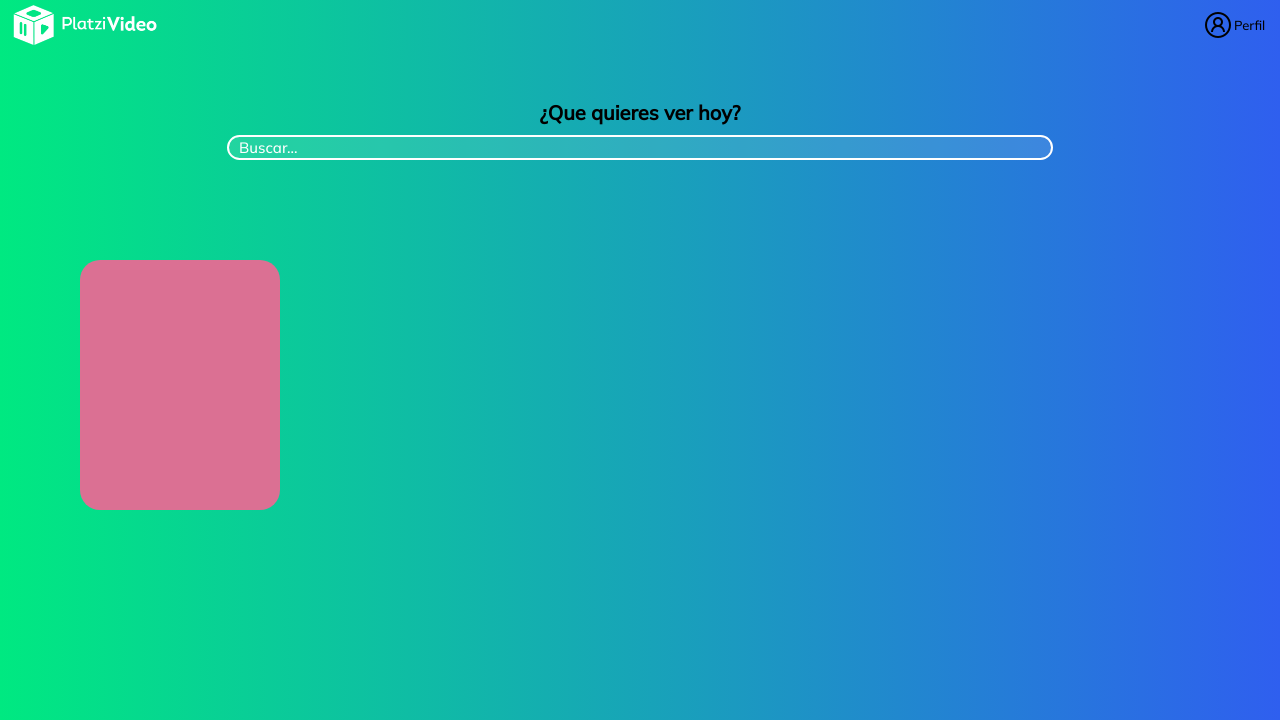
Repository: EnzoSz/Curso_frontend_dev
Page: proyecto/index.html
An editor plug-in stored every save of this project. The page is shown before and after the next save, followed by the edit.
The browser window is 1280 px wide. The pictures show the whole page.

Above is the page before, as saved 2021-03-03 18:18:27.

### proyecto/index.html
<!DOCTYPE html>
<html lang="en">
<head>
    <meta charset="UTF-8">
    <meta http-equiv="X-UA-Compatible" content="IE=edge">
    <meta name="viewport" content="width=device-width, initial-scale=1.0">
    <link rel="stylesheet" href="./CSS/style.css">
    <link rel="preconnect" href="https://fonts.gstatic.com">
    <link href="https://fonts.googleapis.com/css2?family=Mulish:wght@500&display=swap" rel="stylesheet">
    <title>Platzi Video</title>
</head>
<body>
    <header class="header">
        <img class="header__img" src="./Asset/icon/logo-platzi-video-header.png" alt="Imagen logo de platzi">
        <div class="header__menu">
            <div class="header__menu--profile">
                <img src="./Asset/icon/icons-usuario.png" alt="imagen de usuario">
                <p>Perfil</p>
            </div>
            <div>
                <ul>
                    <li><a href="#">Cuenta</a></li>
                    <li><a href="#">Cerrar Sesión</a></li>
                </ul>
            </div>
        </div>
    </header>
    <main>
        <section class="nav">
            <h2 class="nav__title">¿Que quieres ver hoy?</h2>
            <input class="input" type="text" placeholder="Buscar...">
        </section>
        <section class="carousel">
            <div class="carousel__container">
                <div class="carousel__item">

                </div>
            </div>
        </section>
    </main>
</body>
</html>

### proyecto/CSS/style.css
* {
    margin: 0;
    padding: 0;
    box-sizing: border-box;
}
html {
    font-size: 62.5%;
}
body {
    background-color: #00e981;
    background-image: linear-gradient(90deg, #00e981 0%, #2f5fef 100%);
    font-family: 'Mulish', sans-serif;
    margin: 0;
}
.header {
    width: 100%;
    height: 50px;
    background-color: #00e981;
    background-image: linear-gradient(90deg, #00e981 0%, #2f5fef 100%);
    display: flex;
    justify-content: space-between;
    align-items: center;
}
.header__img {
    width: 150px;
    margin: 0 0 0 10px;
    height: auto;
}
.header__menu {
    margin-right: 30px;
}
.header__menu ul {
    display: none;
    list-style: none;
    padding: 0;
    position: absolute;
    width: 100px;
    text-align: right;
    font-size: 1.3rem;
    font-weight: 500;
    line-height: 1.9rem;
    color: black;
    margin: 0px 0px 0px -36px;
}
.header__menu:hover ul, ul:hover {
    display: block;
}
.header__menu li {
    margin: 10px 0px;

}
.header__menu li a {
    text-decoration: none;
    color: black;
}
.header__menu li a:hover{
    text-decoration: underline;
}
.header__menu--profile {
    margin-right: 8px;
    width: 40px;
    display: flex;
}
.header__menu--profile p {
    margin: auto;
    font-weight: 500;
    font-size: 1.3rem;
    line-height: 1.9rem;
}
main {
    height: 300px;
    padding: 50px;

}
.nav {
    text-align: center;
}
.nav__title {
    color: black;
    font-size: 20px;
    padding-bottom: 10px;
}
.input {
  background-color: rgba(255, 255, 255, 0.1);
  border: 2px solid white;
  border-radius: 25px;
  color: white;
  font-family: 'Mulish', sans-serif;
  font-size: 15px;
  height: 25px;
  padding: 0px 10px;
  width: 70%;
  outline: none;
}
::placeholder {
    color: white;
}
.carousel {
    width: 100%;
    overflow: scroll;
    padding: 30px;
    position: relative;
}
.carousel__container {
    white-space: nowrap;
    margin: 70px 0px;
    padding-bottom: 10px;
}
.carousel__item {
    background-color: palevioletred;
    width: 200px;
    height: 250px;
    border-radius: 20px;
    overflow: hidden;
    margin-right: 10px;
    display: inline-block;
    cursor: pointer;
    transition: 450ms all;
    transform-origin: center left;
}
.carousel__item:hover ~ .carousel__item {
    transform: translate(100px, 0, 0);
}
.carousel__container:hover  .carousel__item {
    opacity: 0.3;
}
.carousel__container:hover  .carousel__item:hover {
    transform: scale(1.2);
    opacity: 1;
}

After the next save:
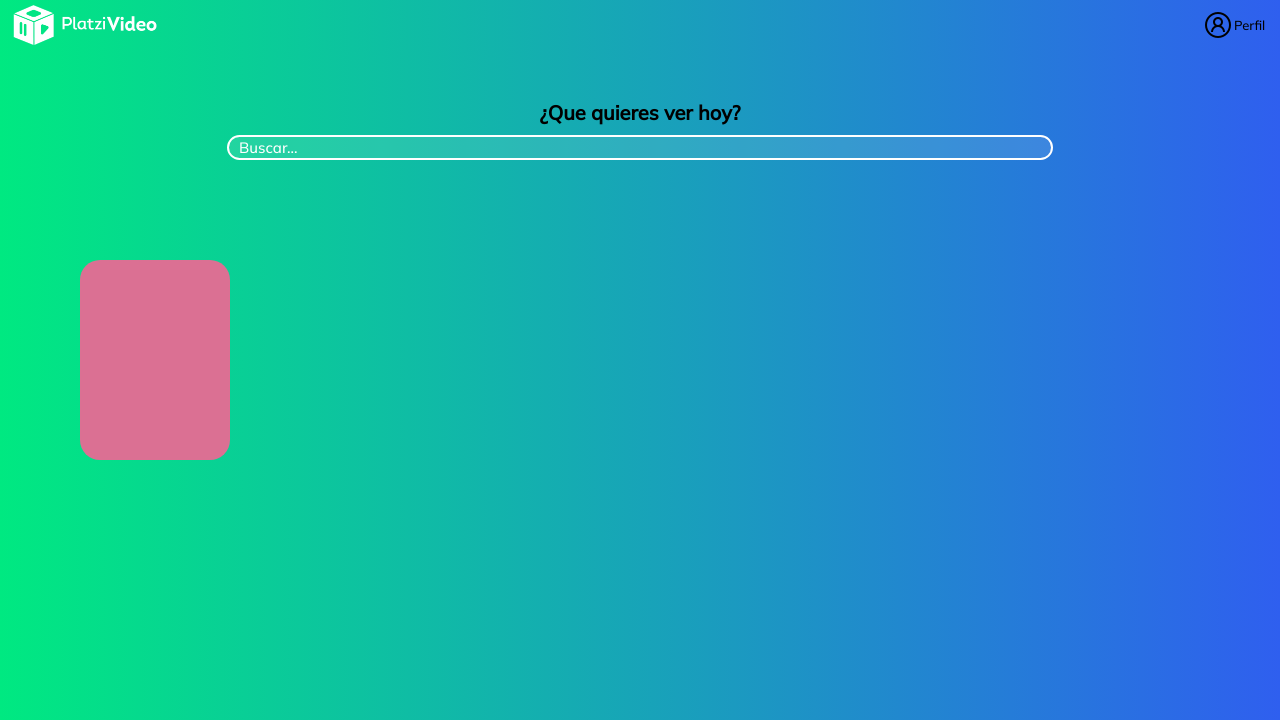
Saved 83 s later.
--- a/proyecto/CSS/style.css
+++ b/proyecto/CSS/style.css
@@ -108,8 +108,8 @@
 }
 .carousel__item {
     background-color: palevioletred;
-    width: 200px;
-    height: 250px;
+    width: 150px;
+    height: 200px;
     border-radius: 20px;
     overflow: hidden;
     margin-right: 10px;
